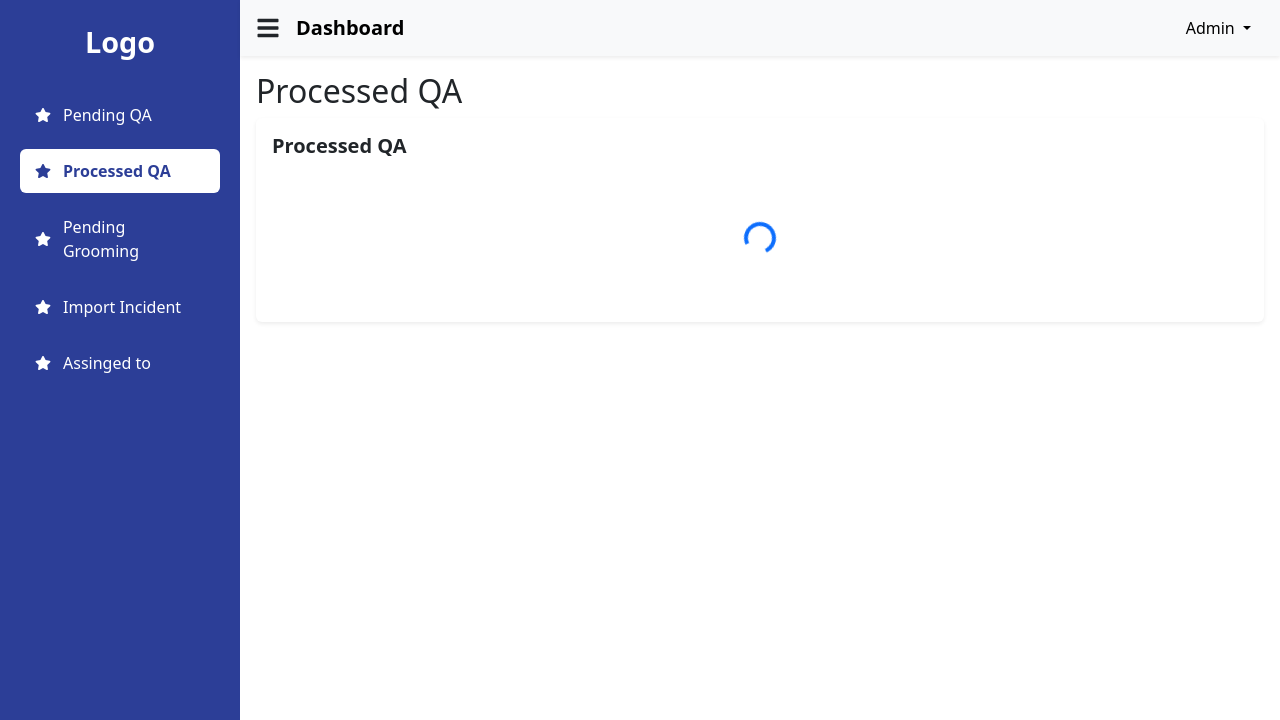
Repository: ArunGOW/ServiceNow_QA-audit
Page: /dashboard/processed-qa
An editor plug-in stored every save of this project. The page is shown before and after the next save, followed by the edit.
The browser window is 1280 px wide. The pictures show the whole page.
The project was rebuilt for these pictures with package versions that can differ from the ones it lists, and the page was loaded fresh each time. Also part of the build but not shown: vite.config.js, src/components/Login.jsx, src/components/layout/Topbar.css, src/hooks/usePendingIncidents.jsx, src/components/tables/PendingQATable.jsx, src/pages/PendingQAPage.jsx, src/pages/GroomingPage.jsx, src/pages/ImportIncidentPage.jsx.

Above is the page before, as saved 2025-09-10 16:49:43.

After the next save:
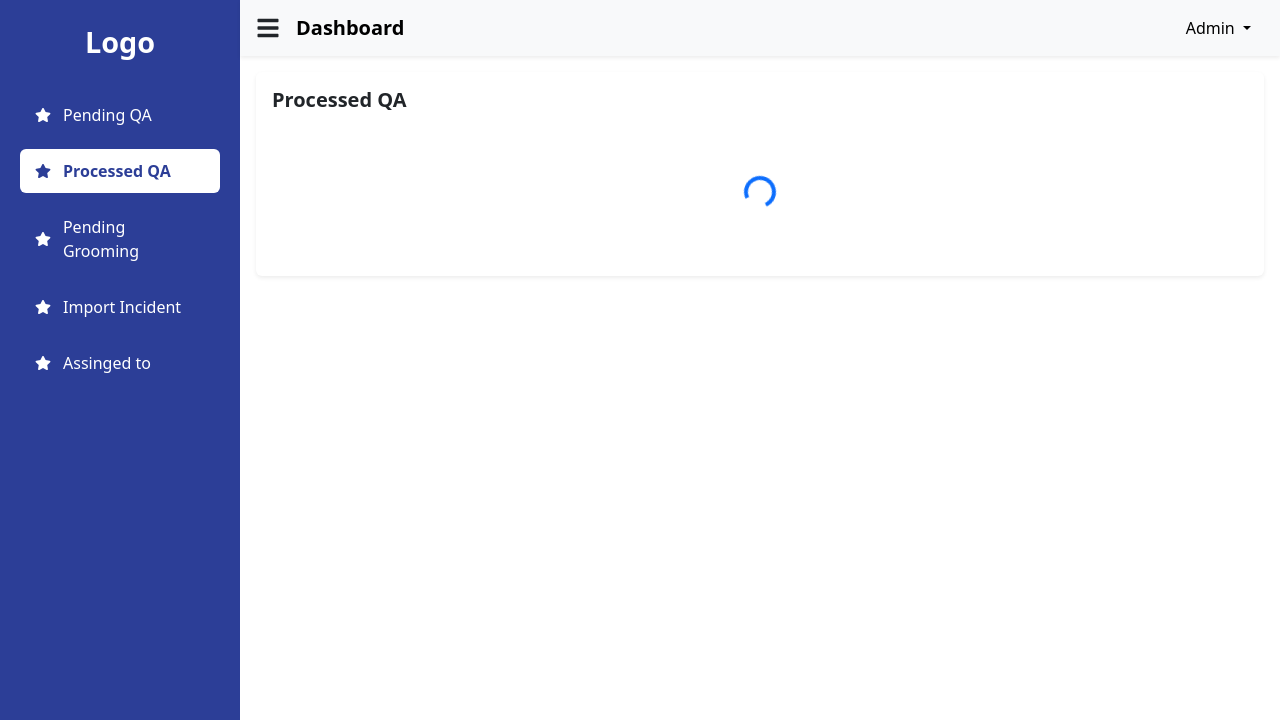
Saved 7 s later.
--- a/src/pages/ProcessedQAPage.jsx
+++ b/src/pages/ProcessedQAPage.jsx
@@ -64,7 +64,7 @@ const ProcessedQAPage = () => {
 
   return (
     <div>
-      <h2>Processed QA</h2>
+      {/* <h2>Processed QA</h2> */}
       <ProcessedQATable incidents={processedIncidents} loading={loading} />
     </div>
   );
